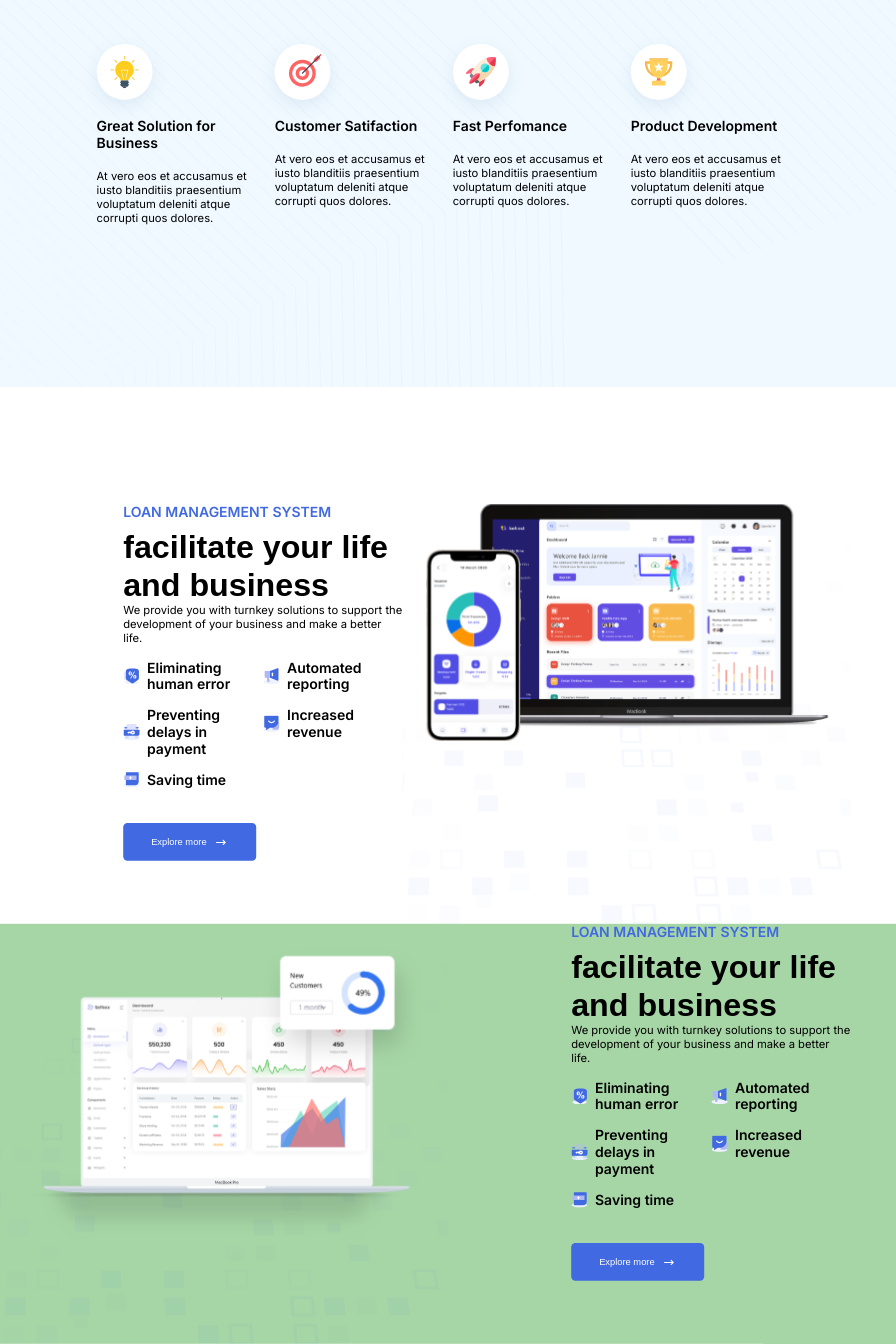
Repository: Chamsmey/static-html-css
Page: index.html
These files come from the project's save history. The page is drawn as it stood at one moment and after the next save; the edit follows.
The browser window is 1280 px wide. The pictures show the part of the page from y = 1114 to 3034 px (the page is 3034 px tall), at 70% of full size.
Some web fonts or font styles are not loaded; a fallback is used.

Above is the page before, as saved 2022-11-15 16:49:37.

After the next save:
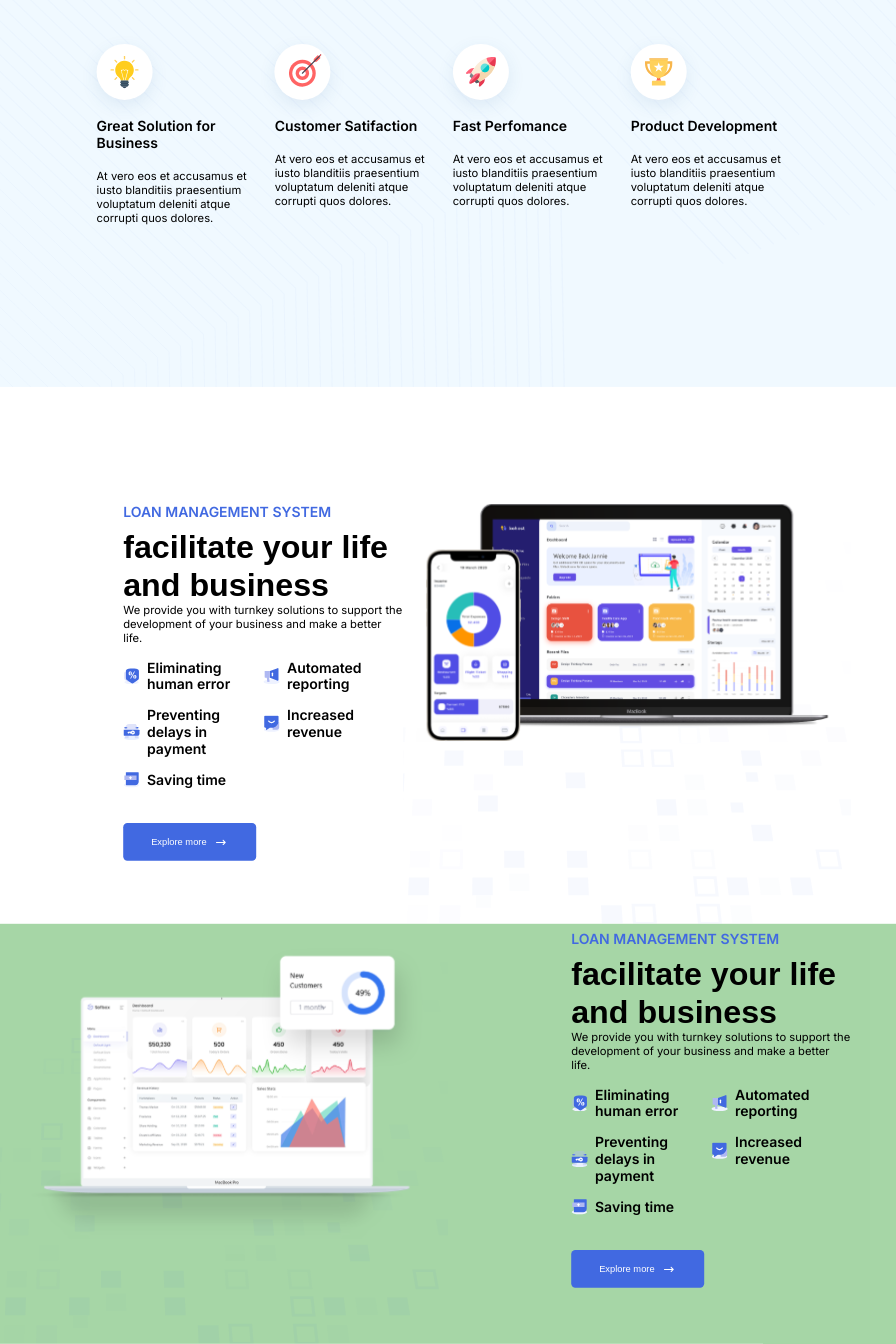
Saved 20 s later.
--- a/index.html
+++ b/index.html
@@ -214,7 +214,7 @@
             <div class="product_bg">
                 <img src="./images/products/products.svg" alt="">
             </div>
-            <div class="product_description">
+            <div class="product_description mt_10">
                 <h4 class="text_sm text_upper color_primary">Loan Management system</h4>
                 <h1 class="text_3xl mt_10">
                     facilitate your life and business

After the save that followed:
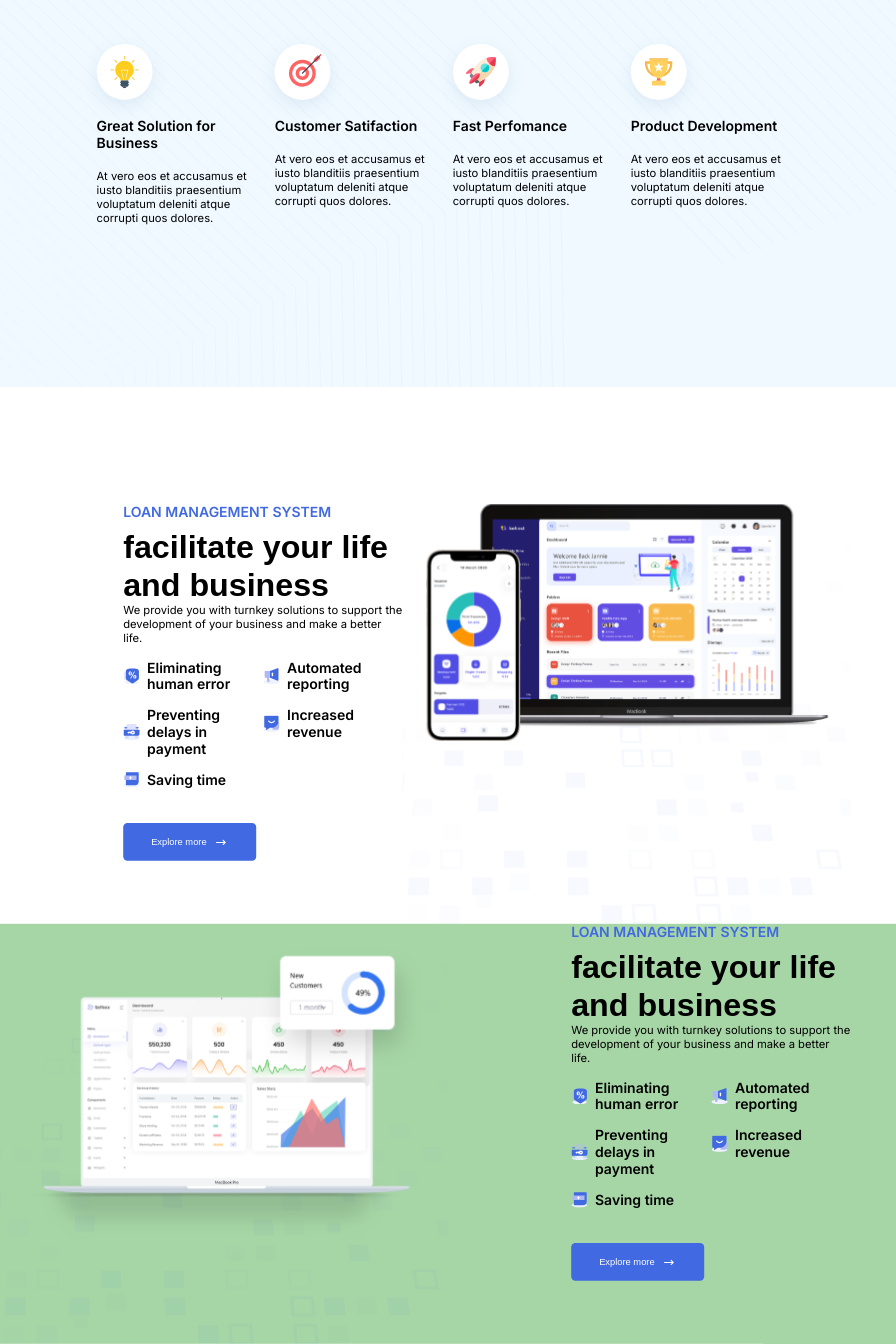
Saved 5 s later.
--- a/index.html
+++ b/index.html
@@ -214,7 +214,7 @@
             <div class="product_bg">
                 <img src="./images/products/products.svg" alt="">
             </div>
-            <div class="product_description mt_10">
+            <div class="product_description mt_25">
                 <h4 class="text_sm text_upper color_primary">Loan Management system</h4>
                 <h1 class="text_3xl mt_10">
                     facilitate your life and business
